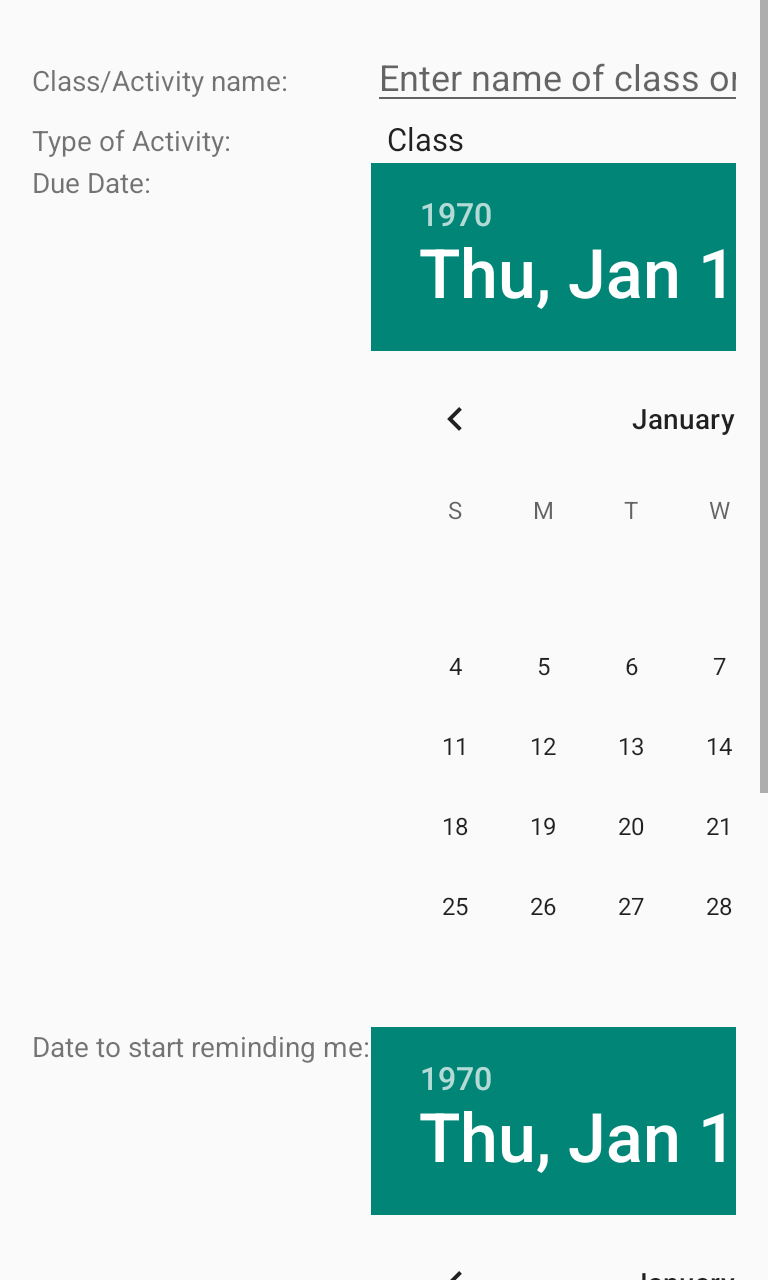
Repository: recursor94/hackathonspring2014
Layout: StudentPlanner/res/layout/fragment_new_endeavor.xml
These files come from the project's save history. The layout is drawn as it stood at one moment and after the next save; the edit follows.
It is drawn on a 768 x 1280 px phone screen (xhdpi) without system bars, with theme AppTheme; the app's code is not run.

Above is the layout before, as saved 2014-04-05 19:25:47.

### StudentPlanner/res/layout/fragment_new_endeavor.xml
<ScrollView xmlns:android="http://schemas.android.com/apk/res/android"
    xmlns:tools="http://schemas.android.com/tools">

<TableLayout
    android:layout_width="match_parent"
    android:layout_height="match_parent"
    android:paddingBottom="@dimen/activity_vertical_margin"
    android:paddingLeft="@dimen/activity_horizontal_margin"
    android:paddingRight="@dimen/activity_horizontal_margin"
    android:paddingTop="@dimen/activity_vertical_margin"
    tools:context="com.example.studentplanner.NewEndeavorActivity$PlaceholderFragment"
    android:orientation="vertical"
    >
<TableRow>
    <TextView
        android:id="@+id/nameField"
        android:layout_width="wrap_content"
        android:layout_height="wrap_content"
        android:text="@string/nameField"
         />
    <EditText
        android:id="@+id/nameEntry"
        android:hint="@string/nameEntry"
        android:layout_width="wrap_content"
        android:layout_height="wrap_content"

        />
    </TableRow>
    <TableRow>
      <TextView
        android:id="@+id/typeField"
        android:layout_width="wrap_content"
        android:layout_height="wrap_content"
        android:text="@string/typeField"
         />


        <Spinner
        android:id="@+id/typeDropDown"
        android:layout_width="wrap_content"
        android:layout_height="wrap_content"

        android:entries="@array/typeArray"
        android:prompt="@string/typePrompt"/>

        </TableRow>
  <TableRow>

    <TextView
        android:id="@+id/dueDateField"
        android:layout_width="wrap_content"
        android:layout_height="wrap_content"
        android:text="@string/dueDateField"
        android:calendarViewShown="false"
       />
            <DatePicker
        android:id="@+id/dueDateEntry"
        android:inputType="datetime"
        android:hint="@string/dueDateEntry"
        android:layout_width="wrap_content"
        android:layout_height="wrap_content"
        android:calendarViewShown="false"

     />
            </TableRow>

  <TableRow>
             <TextView
        android:id="@+id/reminderDateField"
        android:layout_width="wrap_content"
        android:layout_height="wrap_content"
        android:text="@string/reminderDateField"

       />

         <DatePicker
        android:id="@+id/reminderDateEntry"
        android:inputType="datetime"
        android:calendarViewShown="false"

        android:hint="@string/reminderDateEntry"
        android:layout_width="wrap_content"
        android:layout_height="wrap_content"
  />
         </TableRow>
         <TableRow>


      <TextView
        android:id="@+id/intervalReminderField"
        android:layout_width="wrap_content"
        android:layout_height="wrap_content"
        android:text="@string/intervalReminderField"
         />


    <Spinner
        android:id="@+id/intervalDropDown"
        android:layout_width="wrap_content"
        android:layout_height="wrap_content"
      	android:entries="@array/intervalArray"
        android:prompt="@string/intervalReminderField"/>
    </TableRow>

   <TableRow>
      	<Button
      	    android:id="@+id/submitNewEndeavor"
      	    android:layout_width="wrap_content"
      	    android:layout_height="wrap_content"
      	    android:text="@string/submitNewEndeavor"

      	    />
   </TableRow>


</TableLayout>

</ScrollView>

### StudentPlanner/res/values/strings.xml
<?xml version="1.0" encoding="utf-8"?>
<resources>

    <string name="app_name">Get It Done</string>
    <string name="action_settings">Settings</string>
    <string name="action_new">New Activity</string>
    <string name="action_search">Search</string>
    <string name="title_activity_new_endeavor">Create a new activity</string>
    <string name="nameField">Class/Activity name:</string>
    <string name="nameEntry">Enter name of class or activity</string>
    <string name="typeField">Type of Activity:</string>
    <string name="typePrompt">Choose the type of activity</string>
    <string name="dueDateField">Due Date:</string>
    <string name="dueDateEntry">Enter the due date/day ofthe activity</string>
    <string name="reminderDateField">Date to start reminding me:</string>
    <string name="reminderDateEntry">Reminder date</string>
    <string name="intervalReminderField">Remind me every:</string>
    <string name="submitNewEndeavor">Submit</string>

    <string-array name="typeArray">
        <item>Class</item>
        <item>Extracurricular</item>
        <item>Other</item>
    </string-array>

    <string-array name="intervalArray">
        <item>Week</item>
        <item>Day</item>
        <item>12 Hours</item>
        <item>Hour</item>
        <item>30 Minutes</item>
        <item>10 Minutes</item>
        <item>5 Minutes</item>
        <item>Minute</item>
    </string-array>
</resources>

Loaded but not shown: StudentPlanner/res/values/styles.xml (common file); StudentPlanner/res/values-v11/styles.xml (common file); StudentPlanner/res/values-v14/styles.xml (common file); StudentPlanner/res/values/dimens.xml (common file); StudentPlanner/res/values-w820dp/dimens.xml (common file)

After the next save:
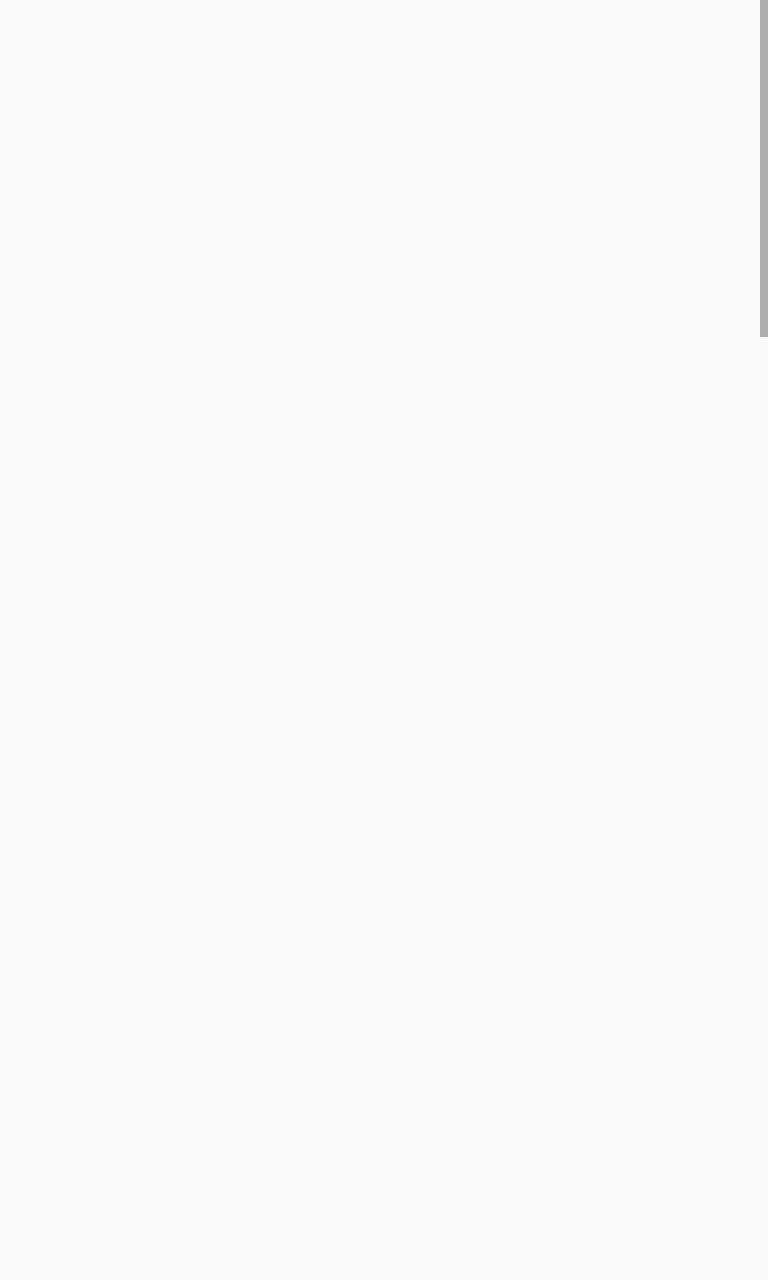
Saved 9 s later.
--- a/StudentPlanner/res/layout/fragment_new_endeavor.xml
+++ b/StudentPlanner/res/layout/fragment_new_endeavor.xml
@@ -2,8 +2,7 @@
     xmlns:tools="http://schemas.android.com/tools">
 
 <TableLayout
-    android:layout_width="match_parent"
-    android:layout_height="match_parent"
+
     android:paddingBottom="@dimen/activity_vertical_margin"
     android:paddingLeft="@dimen/activity_horizontal_margin"
     android:paddingRight="@dimen/activity_horizontal_margin"

After the save that followed:
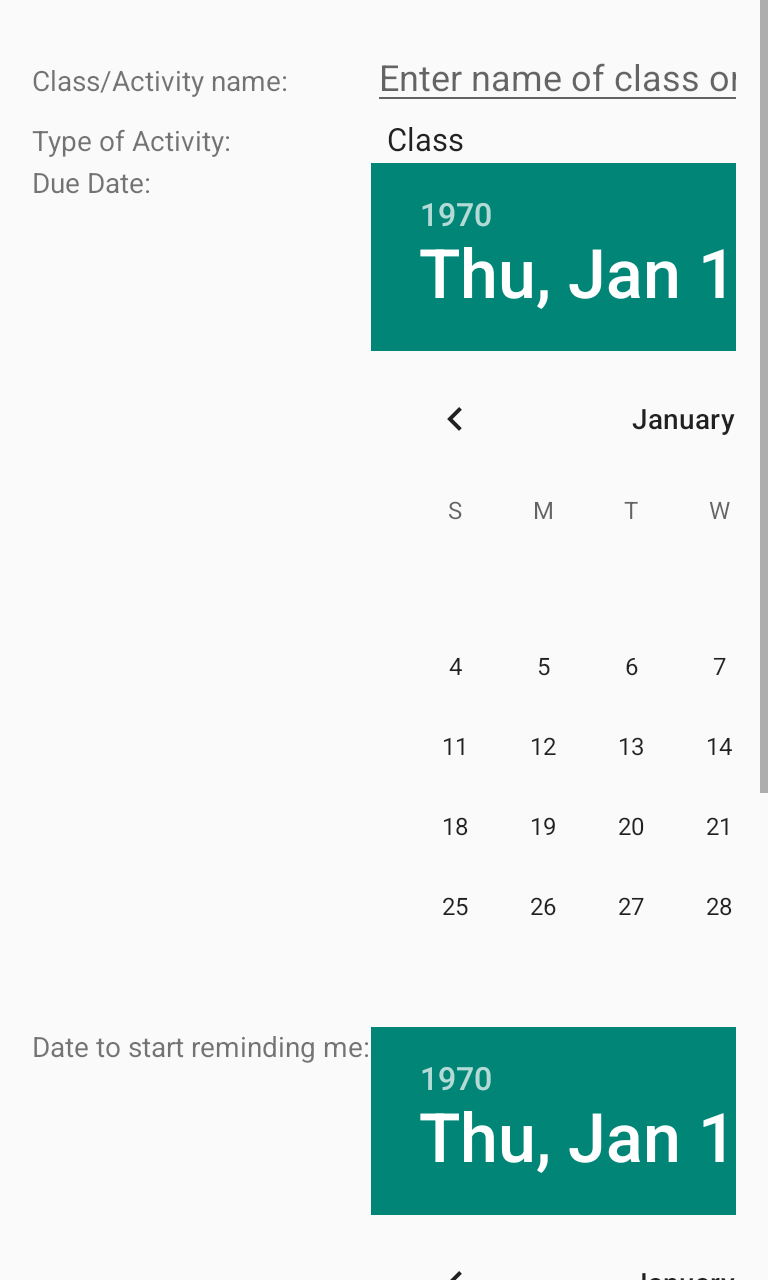
Saved 4 s later.
--- a/StudentPlanner/res/layout/fragment_new_endeavor.xml
+++ b/StudentPlanner/res/layout/fragment_new_endeavor.xml
@@ -2,7 +2,8 @@
     xmlns:tools="http://schemas.android.com/tools">
 
 <TableLayout
-
+    android:layout_width="match_parent"
+    android:layout_height="match_parent"
     android:paddingBottom="@dimen/activity_vertical_margin"
     android:paddingLeft="@dimen/activity_horizontal_margin"
     android:paddingRight="@dimen/activity_horizontal_margin"
